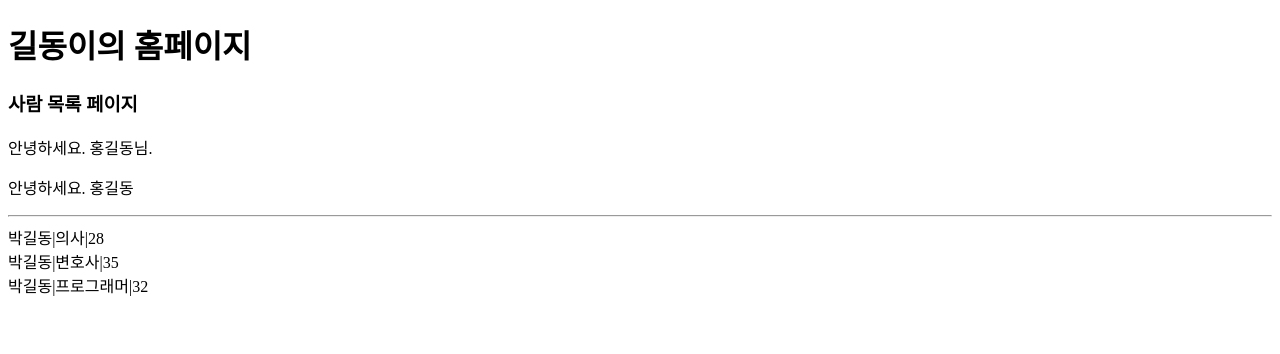
Repository: Parkdolodong/Backend
Page: http://localhost/jsp_servlet_ex02/saram
An editor plug-in stored every save of this project. The page is shown before and after the next save, followed by the edit.
The browser window is 1280 px wide. The pictures show the whole page.
The page is served by Tomcat 9. Other server files are loaded and not shown.

Above is the page before, as saved 2023-02-27 07:06:39.

### jsp_servlet/jsp_servlet_ex02/webapp/WEB-INF/views/saram/list.jsp
<%@page import="java.util.ArrayList"%>
<%@ page language="java" contentType="text/html; charset=UTF-8"
    pageEncoding="UTF-8"%>
<!DOCTYPE html>
<html>
<head>
<meta charset="UTF-8">
<title>Insert title here</title>
</head>
<body>

<!--
Servlet에서 forward 되는 JSP 페이지는 request, response 객체가 전달되므로
해당 Servlet 페이지 내부에서 처리되는것과 (있는 것과) 같다.
 -->
<h1>길동이의 홈페이지</h1>
<h3>사람 목록 페이지</h3>
<!-- HTML 주석 : JSP에서 사용 가능한 표현식. expression, EL, JSTL 등. -->
<p>안녕하세요. ${username}님.</p>
<!--
JSP에서 기본 제공 되는 내장 객체:
pageContext, request, response, session, application
선언 하지 않고 바로 사용 가능하다.
-->
<p>안녕하세요. <%=request.getAttribute("username") %></p>
<hr />
<%
// Object객체를 ArrayList타입으로 다운캐스팅
ArrayList<String>  userList = (ArrayList<String>)request.getAttribute("userList");
for(String user : userList) {
   out.println(user + "<br/>");
}
request.getSession().getServletContext().getRealPath("/");
%>

<!--
JSP 실행 => Servlet.java 파일로 변환 => 컴파일을 거친 후 톰켓에서 .class 파일 실행
=> 최종 클라이언트에 HTML 소스가 전달 된다.
-->

</body>
</html>

### jsp_servlet/jsp_servlet_ex02/src/org/comstudy/myweb/SaramController.java
package org.comstudy.myweb;

import java.io.IOException;
import java.util.ArrayList;

import javax.servlet.RequestDispatcher;
import javax.servlet.ServletException;
import javax.servlet.annotation.WebServlet;
import javax.servlet.http.HttpServlet;
import javax.servlet.http.HttpServletRequest;
import javax.servlet.http.HttpServletResponse;

@WebServlet("/saram")
public class SaramController extends HttpServlet {
	   @Override
	   protected void doGet(HttpServletRequest req, HttpServletResponse resp) throws ServletException, IOException {
	      String ctxPath = req.getContextPath();
	      String reqUri = req.getRequestURI();

	      System.out.println("doGet() - SaramController 실행");

	      // printf()함수는 변환 문자열 사용 가능.
	      // %s - string, %d - deciaml, %i - integer, %f - float ...
	      // Reques URI = CONtext path + file name
	      System.out.printf("%s, %s\n", ctxPath, reqUri);

	      int beginIndex = ctxPath.length();
	      String urlPattern = reqUri.substring(beginIndex);
	      System.out.println("urlPattern => "  + urlPattern);

	      // view 페이지에서 사용될 변수 request에 저장.
	      // forward 될때 request도 전달.
	      // JSP 페이지에서 request.getAttribute("username");으로 사용.
	      req.setAttribute("username", "홍길동");
	      // 정수, 문자열, 객체, 컬렉션 리스트 등. 전달 가능.
	      ArrayList<String> userList = new ArrayList<String>();
	      userList.add("박길동|의사|28");
	      userList.add("박길동|변호사|35");
	      userList.add("박길동|프로그래머|32");
	      // JSP에서는 request.getAttribute("userList"); 사용.
	      req.setAttribute("userList", userList);

	      // view 페이지로 forward 하기
	      // RequestDispatcher 객체를 이용한 view 페이지 forward
	      String viewName = "/WEB-INF/views/saram/list.jsp"; // view 역할 하는 JSP 페이지의 위치
	      RequestDispatcher view = req.getRequestDispatcher(viewName);
	      // Forward - 이 Servlet  페이지에서 하는 일을 뷰 JSP 페이지로 위임.
	      // request와 response 객체를 인자로 전달한다.
	      view.forward(req, resp);
	   }
}

After the next save:
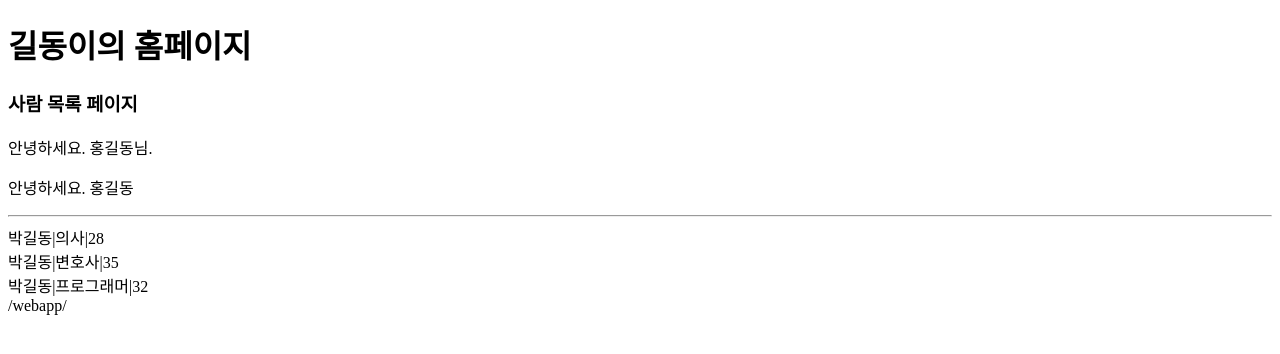
Saved 44 s later.
--- a/jsp_servlet/jsp_servlet_ex02/webapp/WEB-INF/views/saram/list.jsp
+++ b/jsp_servlet/jsp_servlet_ex02/webapp/WEB-INF/views/saram/list.jsp
@@ -30,7 +30,7 @@ ArrayList<String>  userList = (ArrayList<String>)request.getAttribute("userList"
 for(String user : userList) {
    out.println(user + "<br/>");
 }
-request.getSession().getServletContext().getRealPath("/");
+out.println(request.getSession().getServletContext().getRealPath("/"));
 %>
 
 <!--
